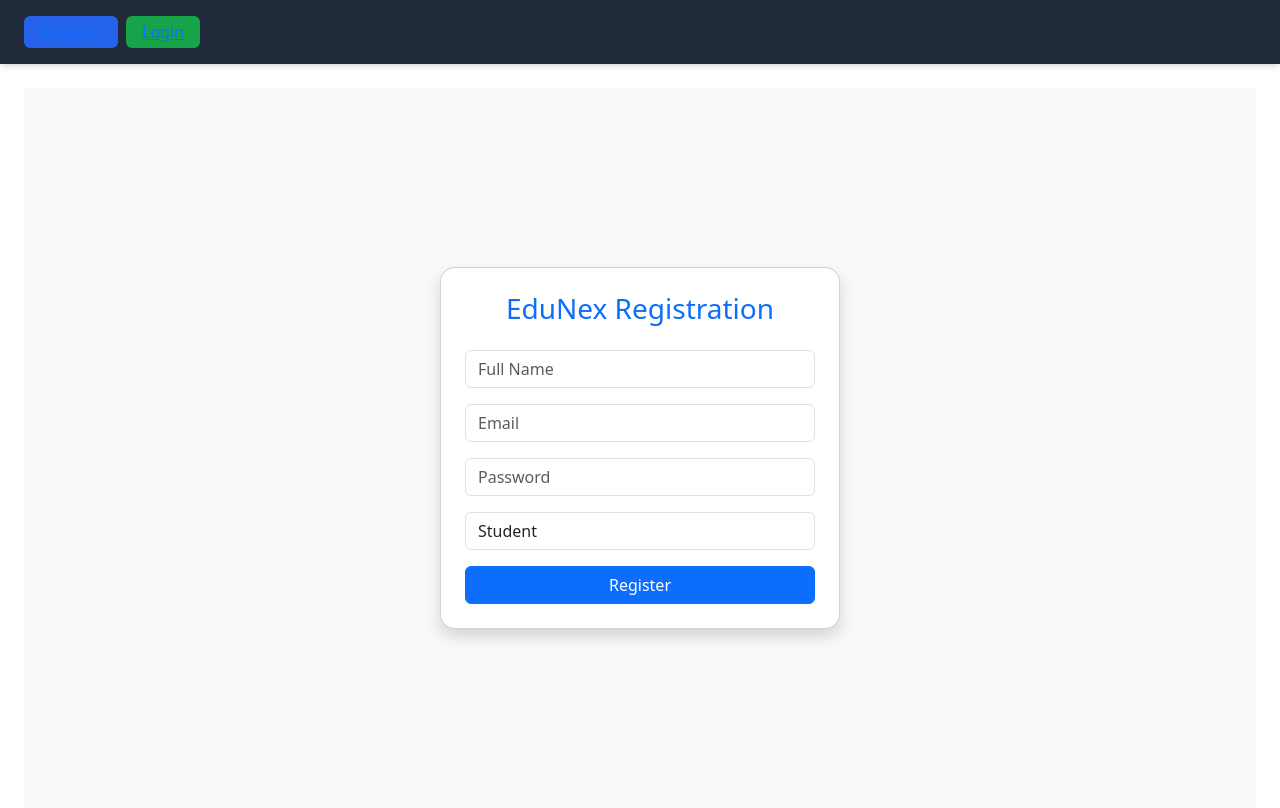
Repository: Abrar-here/EduNex-Interactive-Learning-Mentorship-Platform
Page: /register (app in frontend/)
An editor plug-in stored every save of this project. The page is shown before and after the next save, followed by the edit.
The browser window is 1280 px wide. The pictures show the whole page.
The project was rebuilt for these pictures with package versions that can differ from the ones it lists, and the page was loaded fresh each time. Also part of the build but not shown: frontend/src/App.css, frontend/src/components/Login.js, frontend/src/components/Profile.js, frontend/src/components/ViewProfile.js, frontend/src/components/StudentPage.js, frontend/src/components/InstructorPage.js, frontend/src/components/AdminPage.js, frontend/src/components/CreateCourse.js and 13 more.

Above is the page before, as saved 2025-12-10 12:47:32.

After the next save:
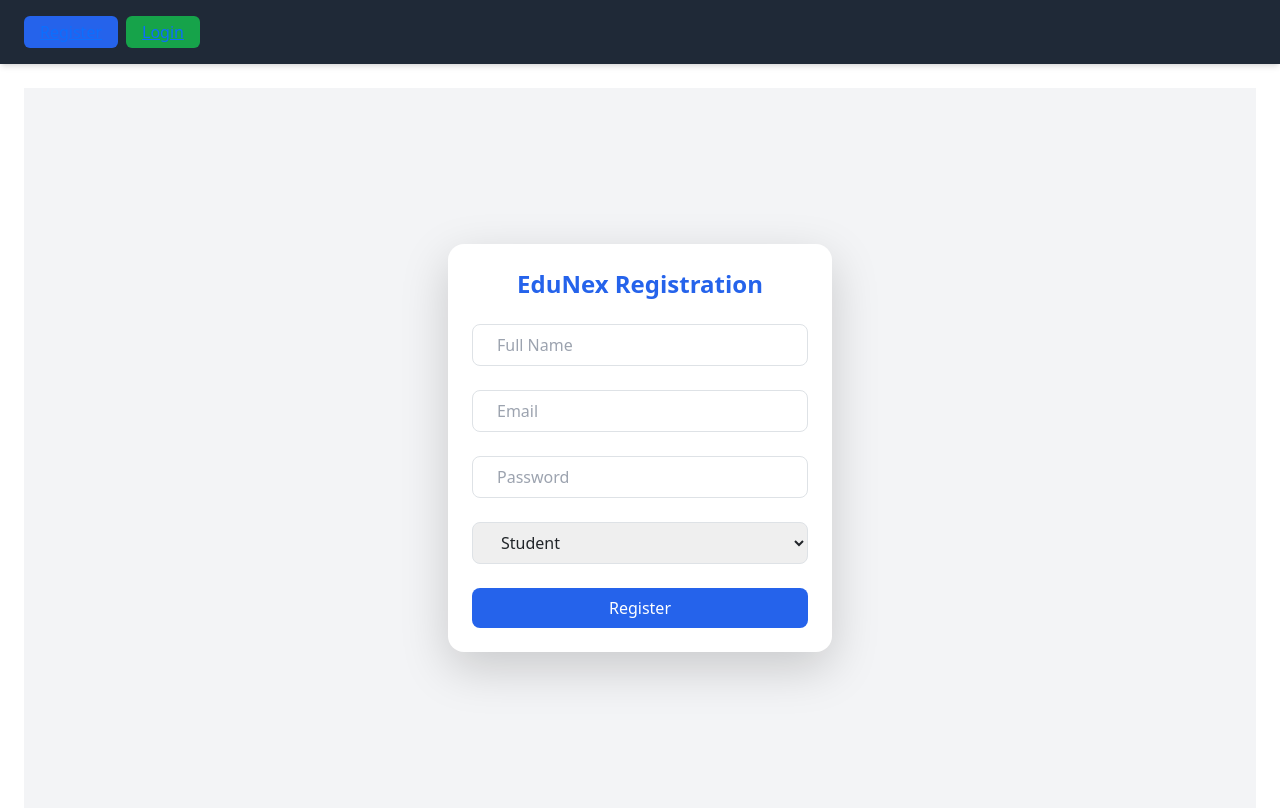
Saved 92 s later.
--- a/frontend/src/components/Register.js
+++ b/frontend/src/components/Register.js
@@ -24,59 +24,64 @@
   };
 
   return (
-    <div className="d-flex justify-content-center align-items-center vh-100 bg-light">
-      <div
-        className="card p-4 shadow"
-        style={{ width: "400px", borderRadius: "15px" }}
-      >
-        <h3 className="text-center mb-4 text-primary">EduNex Registration</h3>
+    <div className="flex justify-center items-center min-h-screen bg-gray-100">
+      <div className="bg-white p-6 rounded-2xl shadow-lg w-96">
+        <h3 className="text-center mb-6 text-blue-600 text-2xl font-semibold">
+          EduNex Registration
+        </h3>
         <form onSubmit={handleSubmit}>
-          <div className="mb-3">
+          <div className="mb-4">
             <input
               type="text"
-              className="form-control"
               placeholder="Full Name"
               value={form.name}
               onChange={(e) => setForm({ ...form, name: e.target.value })}
               required
+              className="w-full px-4 py-2 border border-gray-300 rounded-lg focus:outline-none focus:ring-2 focus:ring-blue-400"
             />
           </div>
-          <div className="mb-3">
+          <div className="mb-4">
             <input
               type="email"
-              className="form-control"
               placeholder="Email"
               value={form.email}
               onChange={(e) => setForm({ ...form, email: e.target.value })}
               required
+              className="w-full px-4 py-2 border border-gray-300 rounded-lg focus:outline-none focus:ring-2 focus:ring-blue-400"
             />
           </div>
-          <div className="mb-3">
+          <div className="mb-4">
             <input
               type="password"
-              className="form-control"
               placeholder="Password"
               value={form.password}
               onChange={(e) => setForm({ ...form, password: e.target.value })}
               required
+              className="w-full px-4 py-2 border border-gray-300 rounded-lg focus:outline-none focus:ring-2 focus:ring-blue-400"
             />
           </div>
-          <div className="mb-3">
+          <div className="mb-4">
             <select
-              className="form-control"
               value={form.role}
               onChange={(e) => setForm({ ...form, role: e.target.value })}
+              className="w-full px-4 py-2 border border-gray-300 rounded-lg focus:outline-none focus:ring-2 focus:ring-blue-400"
             >
               <option value="student">Student</option>
               <option value="instructor">Instructor</option>
-              {/* Removed admin option */}
             </select>
           </div>
-          <button type="submit" className="btn btn-primary w-100">
+          <button
+            type="submit"
+            className="w-full bg-blue-600 text-white py-2 rounded-lg hover:bg-blue-700 transition duration-300"
+          >
             Register
           </button>
         </form>
-        {message && <p className="text-success mt-3 text-center">{message}</p>}
+        {message && (
+          <p className="text-green-600 mt-4 text-center font-medium">
+            {message}
+          </p>
+        )}
       </div>
     </div>
   );
